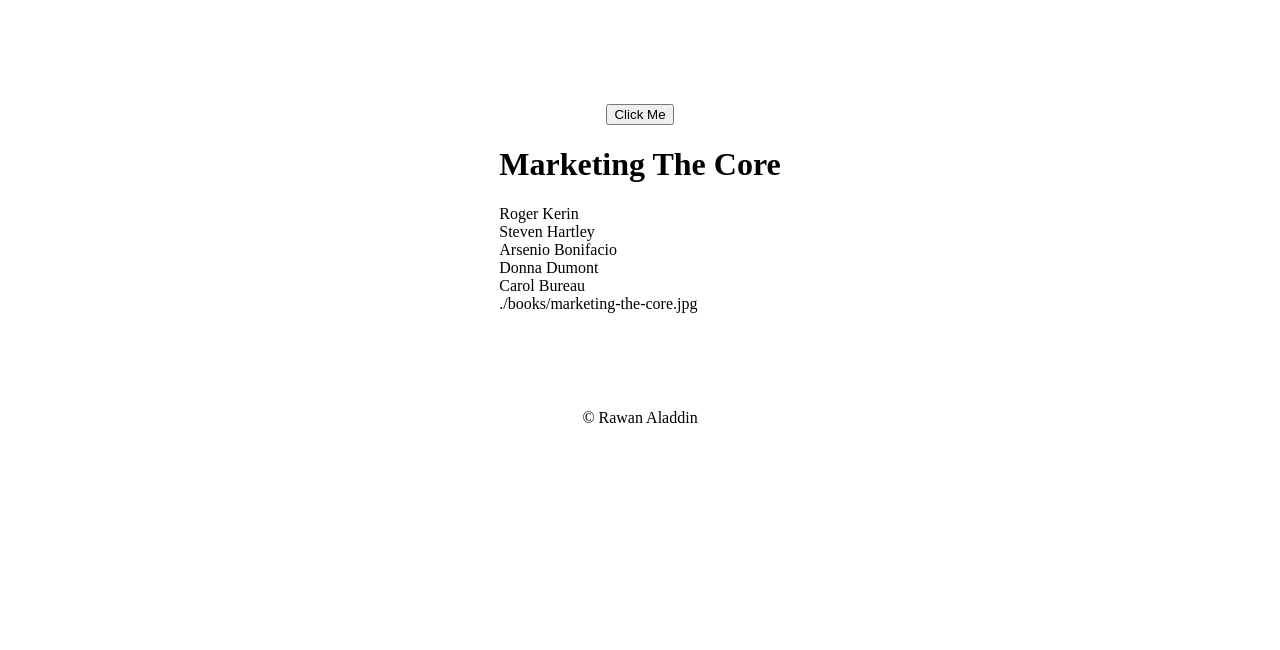
Repository: Aladdin3r/mdia2109
Page: / (app in a01386700_aladdin_assessment_3/), after clicking the first element matching `button`
These files come from the project's save history. The page is drawn as it stood at one moment and after a run of saves; the edit follows.
The browser window is 1280 px wide. The pictures show the whole page.
The project was rebuilt for these pictures with package versions that can differ from the ones it lists, and the page was loaded fresh each time. The framework's server and built-in components were replaced by stand-ins that run in the browser. Also part of the build but not shown: a01386700_aladdin_assessment_3/next.config.mjs.

Above is the page before, as saved 2024-02-13 13:54:20.

After the next 2 saves:
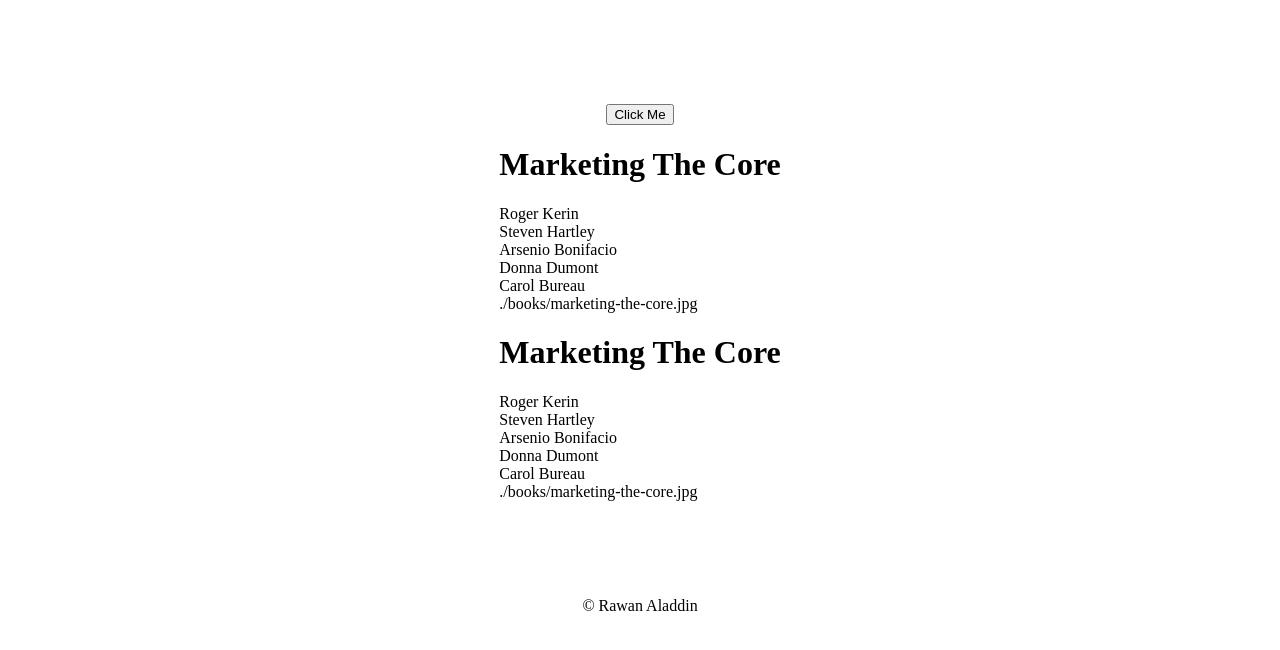
The 2 saves are shown as one change because they came seconds apart.
The last was saved 13 s later.
--- a/a01386700_aladdin_assessment_3/data/books.js
+++ b/a01386700_aladdin_assessment_3/data/books.js
@@ -33,6 +33,13 @@ export const inventory = {
             title: "C How to Program",
             authors: ["Paul Deitel", "Harvey Deitel"],
             edition: 9,
+            image: "./books/c-how-to-program.jpg"
+        },
+        {
+            course: "MKTG 1102",
+            title: "Marketing The Core",
+            authors: ["Roger Kerin", "Steven Hartley", "Arsenio Bonifacio", "Donna Dumont", "Carol Bureau"],
+            edition: 6,
             image: "./books/marketing-the-core.jpg"
         },
     ]
